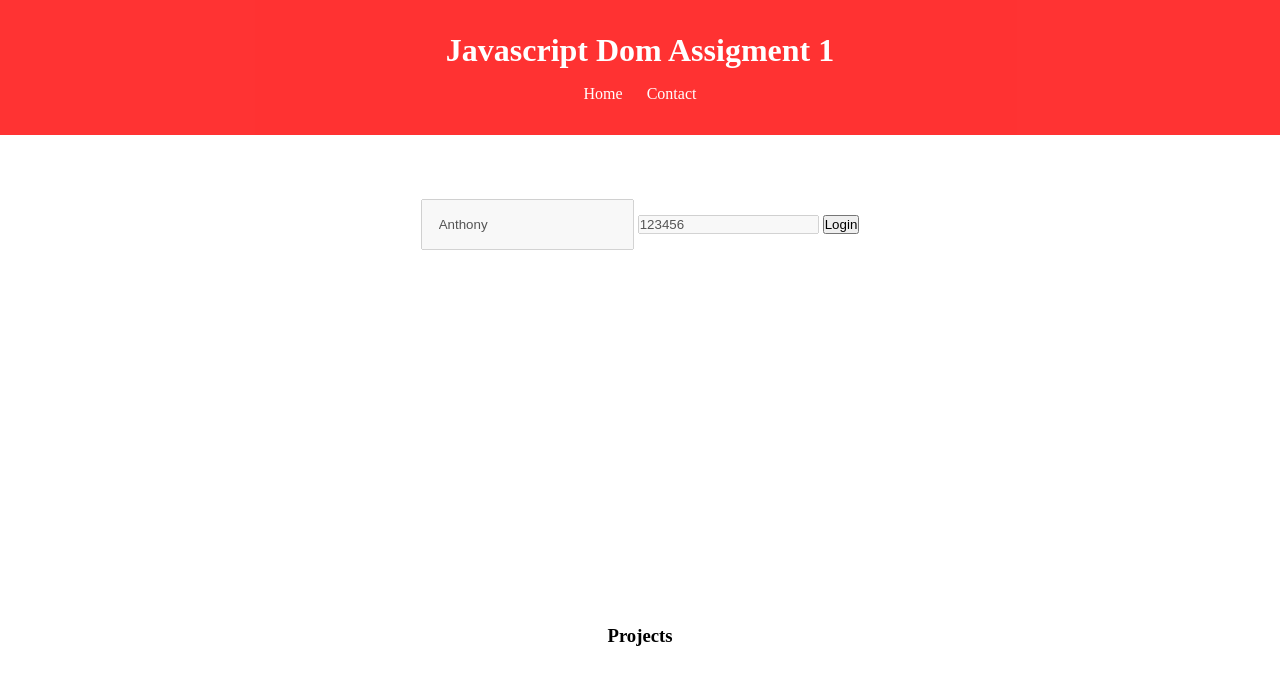
Repository: haakanerol/haakanerol
Page: Js.ass1/index.html
These files come from the project's save history. The page is drawn as it stood at one moment and after a run of saves; the edit follows.
The browser window is 1280 px wide. The pictures show the whole page.

Above is the page before, as saved 2024-02-25 16:10:20.

### Js.ass1/index.html
<!DOCTYPE html>
<html lang="en">
<head>
    <meta charset="UTF-8">
    <meta name="viewport" content="width=device-width, initial-scale=1.0">
    <title>Document</title>
    <style>
        * {
            margin: 0;
            padding: 0;
            box-sizing: border-box;
        }
        main {
            display: flex;
            flex-direction: column;
            justify-content: space-between;
            align-items: center;
            height: 80vh;
            padding: 4rem;
        }
    </style>
</head>
<body>
    <header class="header">
        <h1 id="title">aaa</h1>
        <nav>
            <ul class="nav-item">
                <li id="home">Home</li>
                <li>Contact</li>
            </ul>
        </nav>
    </header>
    <main>
        <section>
            <input type="text" id="username">
            <input type="password" id="password">
            <button class="btn">Login</button>
        </section>
        <section id="projects">
            <h3>Projects</h3>
            <ul>
            </ul>
        </section>
    </main>
    <script src="app.js"></script>
</body>
</html>

### Js.ass1/app.js
newHeader = document.querySelector(".header")
newHeader.style.backgroundColor = "red"
newHeader.style.opacity = "0.8"
newHeader.style.color = "white"
newHeader.style.textAlign = "center"
newHeader.style.padding = "2rem"

newTitle = document.getElementById("title")
newTitle.textContent = "Javascript Dom Assigment 1"
newTitle.style.marginBottom = "1rem"

newNavItem = document.querySelector(".nav-item")
newNavItem.style.display = "flex"
newNavItem.style.justifyContent = "center"
newNavItem.style.gap = "1.5rem"
newNavItem.style.listStyle = "none"

newUsername = document.querySelector("#username")
newPassword = document.querySelector("#password")
newUsername.value = "Anthony"
newPassword.value = "123456"
newPassword.type = "number"
newUsername.disabled = "true"
newPassword.disabled = "true"
newUsername.style.padding = "1rem"

After the next 3 saves:
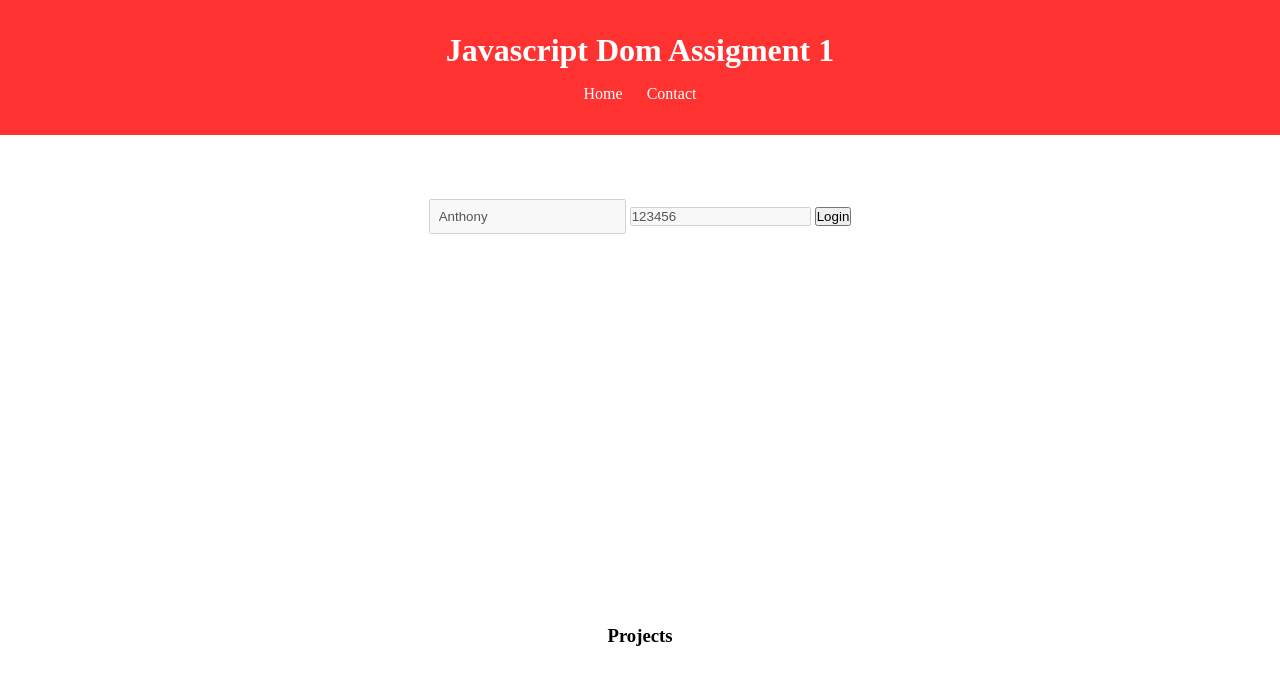
The 3 saves are shown as one change because they came seconds apart.
The last was saved 11 s later.
--- a/Js.ass1/app.js
+++ b/Js.ass1/app.js
@@ -22,4 +22,4 @@ newPassword.value = "123456"
 newPassword.type = "number"
 newUsername.disabled = "true"
 newPassword.disabled = "true"
-newUsername.style.padding = "1rem"
+newUsername.style.padding = ".5rem"
